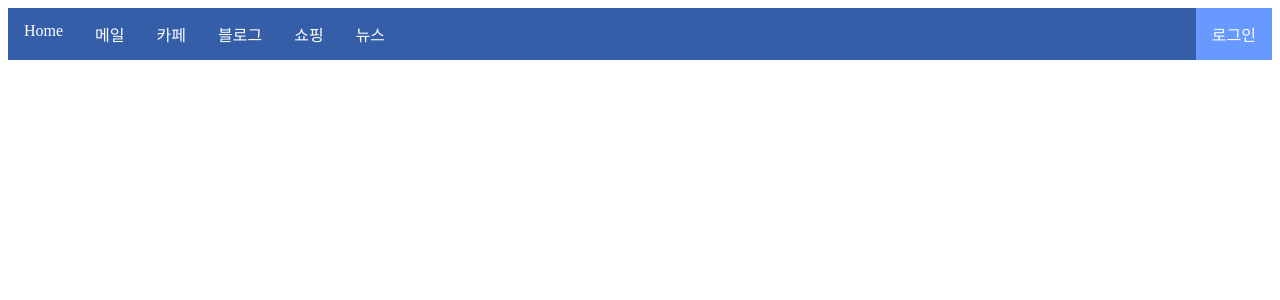
Repository: kdh2212/KDT_code
Page: http://localhost/20250806Web/
These files come from the project's save history. The page is drawn as it stood at one moment and after the next save; the edit follows.
The browser window is 1280 px wide. The pictures show the whole page.
The page is served by Tomcat 9. Other server files are loaded and not shown.

Above is the page before, as saved 2025-08-06 07:23:01.

### 20250806Web/src/main/webapp/index.jsp
<%@ page language="java" contentType="text/html; charset=UTF-8"
    pageEncoding="UTF-8"%>
<!DOCTYPE html>
<html>
<head>
<meta charset="UTF-8">
<title>Insert title here</title>
<style>
	ul {
	    list-style-type: none;
	    margin: 0;
	    padding: 0;
	    overflow: hidden;
	    background-color: rgb(53,94,169);
	    /* background-color:  #999 ; */
	}
	li {
	    float: left;
	}
	li a, .dropbtn {
	    display: inline-block;
	    color: white;
	    text-align: center;
	    padding: 14px 16px;
	    text-decoration: none;
	}
	li a:hover, .dropdown:hover .dropbtn {
	    /* background-color: red; */
	    background-color: #6799FF;
	}
	li.dropdown {
	    display: inline-block;
	}
	li a.active, a.active:hover{
	    /* background-color: #4CAF50; */
	    background-color: #6799FF;
	}
	.dropdown-content {
	    display: none;
	    position: absolute;
	    background-color: #f9f9f9;
	    min-width: 160px;
	    box-shadow: 0px 8px 16px 0px rgba(0,0,0,0.2);
	    z-index: 1;
	}
	.dropdown-content a {
	    color: black;
	    padding: 12px 16px;
	    text-decoration: none;
	    display: block;
	    text-align: left;
	}
	.dropdown-content a:hover {background-color: #f1f1f1}
	.dropdown:hover .dropdown-content {
	    display: block;
	}
</style>
</head>
<body>
	<ul>
		  <li><a href="#home">Home</a></li>
		  <li><a href="#mail">메일</a></li>
		  <li><a href="#cafe">카페</a></li>
		  <li><a href="#blog">블로그</a></li>
		  <li class="dropdown">
			    <a href="#shopping" class="dropbtn">쇼핑</a>
			    <div class="dropdown-content">
				      <a href="#">가전제품</a>
				      <a href="#">의류/악세사리</a>
				      <a href="#">가방/신발</a>
			    </div>
		  </li>
		  <li class="dropdown">
			    <a href="#new" class="dropbtn">뉴스</a>
			    <div class="dropdown-content">
			      <a href="#">정치</a>
				      <a href="#">경제</a>
				      <a href="#">생활/문화</a>
			    </div>
		  </li>
		  <li style="float:right"><a class="active" href="#login">로그인</a></li>
	</ul>
</body>
</html>

After the next save:
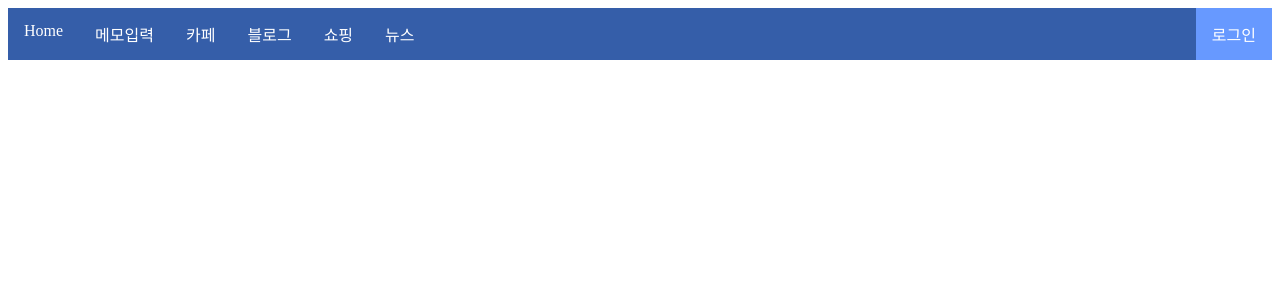
Saved 81 s later.
--- a/20250806Web/src/main/webapp/index.jsp
+++ b/20250806Web/src/main/webapp/index.jsp
@@ -59,7 +59,7 @@
 <body>
 	<ul>
 		  <li><a href="#home">Home</a></li>
-		  <li><a href="#mail">메일</a></li>
+		  <li><a href="insForm.jsp">메모입력</a></li>
 		  <li><a href="#cafe">카페</a></li>
 		  <li><a href="#blog">블로그</a></li>
 		  <li class="dropdown">
